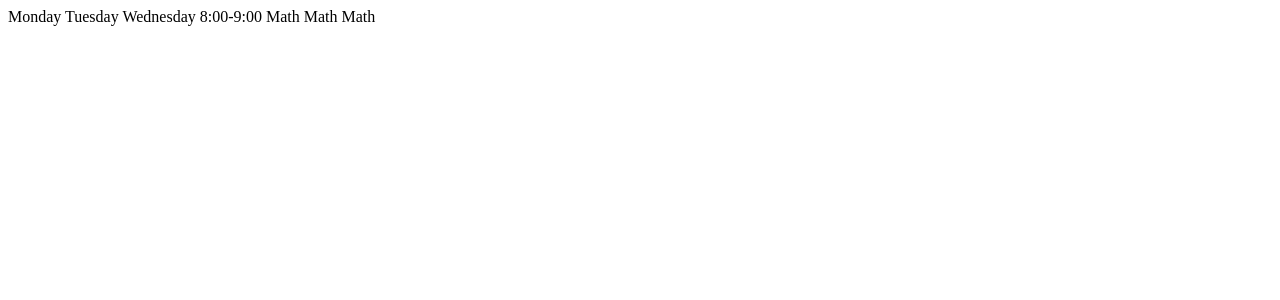
Repository: jefflai0412/website_design
Page: task1.html
An editor plug-in stored every save of this project. The page is shown before and after the next save, followed by the edit.
The browser window is 1280 px wide. The pictures show the whole page.

Above is the page before, as saved 2024-10-18 13:26:24.

### task1.html
<!DOCTYPE html>
<html lang="en">
<head>
    <meta charset="UTF-8">
    <meta name="viewport" content="width=device-width, initial-scale=1.0">
    <title>Document</title>
</head>
<body>
    <tb>
        <tr>
            <th></th>
            <th>Monday</th>
            <th>Tuesday</th>
            <th>Wednesday</th>
        </tr>
        <tr>
            <th scope="row">8:00-9:00</th>
            <td>Math</td>
            <td>Math</td>
            <td>Math</td>
    </tb>
</body>
</html>

After the next save:
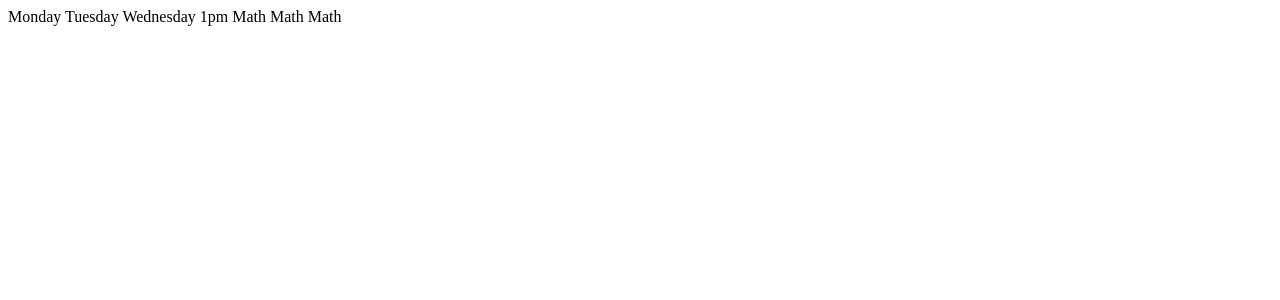
Saved 6 s later.
--- a/task1.html
+++ b/task1.html
@@ -14,7 +14,7 @@
             <th>Wednesday</th>
         </tr>
         <tr>
-            <th scope="row">8:00-9:00</th>
+            <th scope="row">1pm</th>
             <td>Math</td>
             <td>Math</td>
             <td>Math</td>
